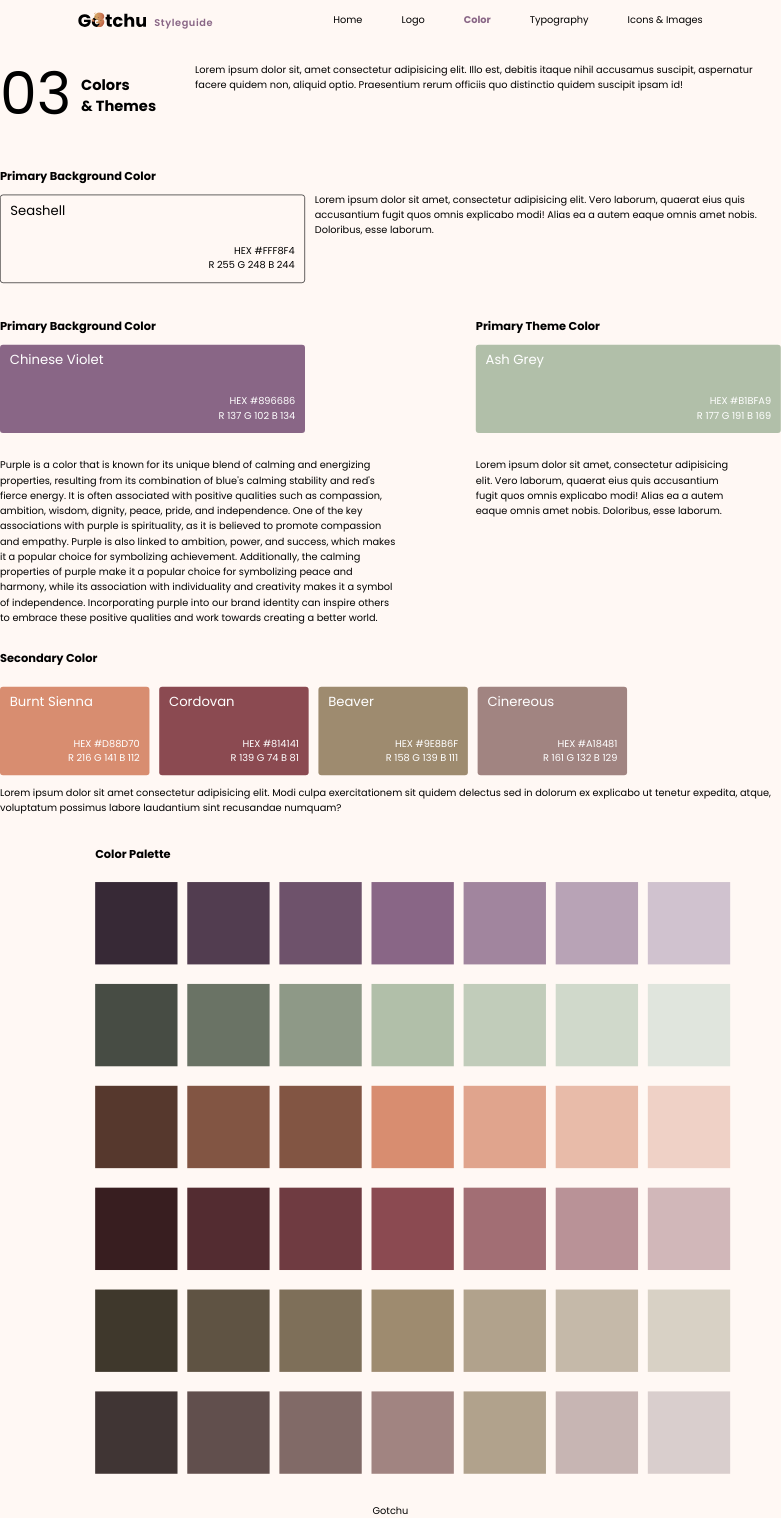
Repository: kionale/Antibullying-Project_Design-Guide
Page: color.html
The author's editor kept a copy of each file at every save. The page is drawn from the files as they stood at one save, then again after the next save.
The browser window is 1280 px wide. The pictures show the whole page, at 61% of full size.

Above is the page before, as saved 2023-03-11 01:20:59.

### color.html
<!DOCTYPE html>
<html lang="en">

<head>
    <meta charset="UTF-8">
    <meta http-equiv="X-UA-Compatible" content="IE=edge">
    <meta name="viewport" content="width=device-width, initial-scale=1.0">
    <title>Color Palette and Typography</title>
    <link rel="stylesheet" href="color.css">
</head>

<body>
    <nav class="navbar">
        <div class="logo_container">
            <img src="/images/logo.svg" class="logo" />
            <div class="app_name">Styleguide</div>
        </div>
        <ul class="nav_links">
            <li><a href="index.html">Home</a></li>
            <li><a href="logo.html">Logo</a></li>
            <li><a href="color.html"><span class="bold">Color</span></a></li>
            <li><a href="typography.html">Typography</a></li>
            <li><a href="icons.html">Icons & Images</a></li>
        </ul>
        <div class="burger">
            <div class="line1"></div>
            <div class="line2"></div>
            <div class="line3"></div>
        </div>
    </nav>
    <main class="body_container">


        <div class="row">

            <p class="element_number">03</p>

            <h2 class="page_title">Colors <br>& Themes</h2>

            <div class="logo_text">
                <p class="section_description">Lorem ipsum dolor sit, amet consectetur adipisicing elit. Illo est,
                    debitis itaque nihil accusamus suscipit,
                    aspernatur facere quidem non, aliquid optio. Praesentium rerum officiis quo distinctio quidem
                    suscipit ipsam id!</p>
            </div>

        </div>

        <div class="colors">
            <div class="row">
                <div class="color_scheme">
                    <h3>Primary Background Color</h3>
                    <div class="color_container color_box1">
                        <div class="color_bgname">Seashell</div>
                        <div class="hex">HEX #FFF8F4</div>
                        <div class="RGB">R 255 G 248 B 244</div>
                    </div>
                </div>
                <div class="color_text">
                    <p>Lorem ipsum dolor sit amet, consectetur adipisicing elit. Vero laborum, quaerat eius quis
                        accusantium fugit
                        quos omnis explicabo modi! Alias ea a autem eaque omnis amet nobis. Doloribus, esse laborum.</p>
                </div>
            </div>
            <div class="row">
                <div class="col">
                    <div class="color_scheme">
                        <h3>Primary Background Color</h3>
                        <div class="color_container color_box2">
                            <div class="color_name">Chinese Violet</div>
                            <div class="hex_w">HEX #896686</div>
                            <div class="RGB_w">R 137 G 102 B 134</div>
                        </div>
                    </div>
                    <div class="color_text primary_half">
                        <p>Purple is a color that is known for its unique blend of calming and energizing properties,
                            resulting from its
                            combination of blue's calming stability and red's fierce energy. It is often associated with
                            positive qualities such as
                            compassion, ambition, wisdom, dignity, peace, pride, and independence. One of the key
                            associations with purple is
                            spirituality, as it is believed to promote compassion and empathy. Purple is also linked to
                            ambition, power, and
                            success, which makes it a popular choice for symbolizing achievement. Additionally, the
                            calming properties of purple
                            make it a popular choice for symbolizing peace and harmony, while its association with
                            individuality and creativity
                            makes it a symbol of independence. Incorporating purple into our brand identity can inspire
                            others to embrace these
                            positive qualities and work towards creating a better world.
                        </p>
                    </div>
                </div>
                <div class="col">
                    <div class="color_scheme">
                        <h3>Primary Theme Color</h3>
                        <div class="color_container color_box3">
                            <div class="color_name">Ash Grey</div>
                            <div class="hex_w">HEX #B1BFA9</div>
                            <div class="RGB_w">R 177 G 191 B 169</div>
                        </div>
                    </div>
                    <div class="color_text primary_half">
                        <p>Lorem ipsum dolor sit amet, consectetur adipisicing elit. Vero laborum, quaerat eius quis
                            accusantium fugit
                            quos omnis explicabo modi! Alias ea a autem eaque omnis amet nobis. Doloribus, esse laborum.
                        </p>
                    </div>
                </div>
            </div>

            <div class="col">
                <h3>Secondary Color</h3>
                <div class="row">
                    <div class="color_scontainer" style="background:rgb(216, 141,112);">
                        <div class="color_name">Burnt Sienna</div>
                        <div class="hex_w">HEX #D88D70</div>
                        <div class="RGB_w">R 216 G 141 B 112</div>
                    </div>
                    <div class="color_scontainer" style="background:rgb(139, 74,81);">
                        <div class="color_name">Cordovan</div>
                        <div class="hex_w">HEX #814141</div>
                        <div class="RGB_w">R 139 G 74 B 81</div>
                    </div>
                    <div class="color_scontainer" style="background:rgb(158, 139,111);">
                        <div class="color_name">Beaver</div>
                        <div class="hex_w">HEX #9E8B6F</div>
                        <div class="RGB_w">R 158 G 139 B 111</div>
                    </div>

                    <div class="color_scontainer" style="background:rgb(161, 132,129);">
                        <div class="color_name">Cinereous</div>
                        <div class="hex_w">HEX #A18481</div>
                        <div class="RGB_w">R 161 G 132 B 129</div>
                    </div>

                </div>
                <p>Lorem ipsum dolor sit amet consectetur adipisicing elit. Modi culpa exercitationem sit quidem
                    delectus sed in dolorum ex explicabo ut tenetur expedita, atque, voluptatum possimus labore
                    laudantium sint recusandae numquam?</p>

            </div>
        </div>

        </div>

        <section class="color_palette">
            <div>
                <h3>Color Palette</h3>
            </div>
            <div class="color_boxes">


                <div class="row">
                    <div class="small-cl-box1" style="background:#372936"></div>
                    <div class="small-cl-box1" style="background:#523D50"></div>
                    <div class="small-cl-box1" style="background:#6E526B"></div>
                    <div class="small-cl-box1" style="background:#896686"></div>
                    <div class="small-cl-box1" style="background:#A1859E"></div>
                    <div class="small-cl-box1" style="background:#B8A3B6"></div>
                    <div class="small-cl-box1" style="background:#D0C2CF"></div>


                </div>
                <div class="row">
                    <div class="small-cl-box1" style="background:#474C44"></div>
                    <div class="small-cl-box1" style="background:#6A7365"></div>
                    <div class="small-cl-box1" style="background:#8E9987"></div>
                    <div class="small-cl-box1" style="background:#B1BFA9"></div>
                    <div class="small-cl-box1" style="background:#C1CCBA"></div>
                    <div class="small-cl-box1" style="background:#D0D9CB"></div>
                    <div class="small-cl-box1" style="background:#E0E5DD"></div>

                </div>
                <div class="row">
                    <div class="small-cl-box1" style="background:#56382D"></div>
                    <div class="small-cl-box1" style="background:#825543"></div>
                    <div class="small-cl-box1" style="background:#825543"></div>
                    <div class="small-cl-box1" style="background:#D88D70"></div>
                    <div class="small-cl-box1" style="background:#E0A48D"></div>
                    <div class="small-cl-box1" style="background:#E8BBA9"></div>
                    <div class="small-cl-box1" style="background:#EFD1C6"></div>
                </div>
                <div class="row">
                    <div class="small-cl-box1" style="background:#381E20"></div>
                    <div class="small-cl-box1" style="background:#532C31"></div>
                    <div class="small-cl-box1" style="background:#6F3B41"></div>
                    <div class="small-cl-box1" style="background:#8B4A51"></div>
                    <div class="small-cl-box1" style="background:#A26E74"></div>
                    <div class="small-cl-box1" style="background:#B99297"></div>
                    <div class="small-cl-box1" style="background:#D1B7B9"></div>
                </div>
                <div class="row">
                    <div class="small-cl-box1" style="background:#3F382C"></div>
                    <div class="small-cl-box1" style="background:#5F5343"></div>
                    <div class="small-cl-box1" style="background:#7E6F59"></div>
                    <div class="small-cl-box1" style="background:#9E8B6F"></div>
                    <div class="small-cl-box1" style="background:#B1A28C"></div>
                    <div class="small-cl-box1" style="background:#C5B9A9"></div>
                    <div class="small-cl-box1" style="background:#D8D1C5"></div>
                </div>
                <div class="row">
                    <div class="small-cl-box1" style="background:#403534"></div>
                    <div class="small-cl-box1" style="background:#614F4D"></div>
                    <div class="small-cl-box1" style="background:#816A67"></div>
                    <div class="small-cl-box1" style="background:#A18481"></div>
                    <div class="small-cl-box1" style="background:#B1A28C"></div>
                    <div class="small-cl-box1" style="background:#C7B5B3"></div>
                    <div class="small-cl-box1" style="background:#D9CECD"></div>
                </div>
            </div>
        </section>


    </main>
</body>
<footer>
    <p class="footer"> Gotchu </p>
</footer>

</html>

### color.css
@import url('https://fonts.googleapis.com/css2?family=Lato:ital,wght@0,100;0,300;0,400;0,700;0,900;1,300&family=Poppins:ital,wght@0,100;0,200;0,300;0,400;0,500;0,600;0,700;1,500&display=swap');

:root {
    --primary-clr: #896686;
    --primary-clr-2: #B1BFA9;
    --font-color: black;
    --background-clr: #FFF8F4;
    --secondary-clr-1: #D88D70;
    --secondary-clr-2: #8B4A51;

}

* {
    margin: 0px;
    padding: 0px;
    box-sizing: border-box;
    /* border: 1px black solid; */
}

body {

    /* font-family: 'lato',sans-serif; */
    font-family: 'Poppins', sans-serif;
    background-color: var(--background-clr);

}

/* NavBar (Formatted) */

.navbar {
    /* background-color: var(--secondary-clr); */
    display: flex;
    justify-content: space-between;
    align-items: center;
    min-height: 9vh;
    color: var(--font-color);
    /* position: sticky; */
    top: 0;
    padding: 0 8rem;
}

.logo_container {
    display: flex;
    flex-direction: row;
    align-items: center;
    gap: 0.8rem;
}

.logo {
    width: 7rem;
    object-fit: contain;
}


.logo:hover {
    transform: scale(1.05);
}

.app_name {
    letter-spacing: 1px;
    font-size: 1rem;
    font-weight: 600;
    color: #896686;
    margin-top: 0.5rem;
}

.app_name:hover {
    color: var(--secondary-clr);
}

.bold {
    font-weight: bold;
    color: var(--primary-clr);
}

.nav_links {
    display: flex;
    flex-direction: row;
    justify-content: flex-end;
    gap: 4rem;
    width: 40vw;
    flex-grow: 1;
}

.nav_links li {
    list-style: none;
}

.nav_links a {
    color: inherit;
    text-decoration: none;
    font-weight: 400;
}

.nav_links li:hover {
    transform: translateX(-5%);
}

.burger {
    display: none;
    cursor: pointer;
}

.burger div {
    width: 1.5rem;
    height: 0.15rem;
    background-color: black;
    margin: 0.35rem;

}

/* NavBar (End) */


.section_description {
    width: 100%;
    padding-left: 3rem;
    padding-top: 1.35rem;
}

.element_number {
    font-size: 6rem;
}

.page_title {
    margin-top: 2.5rem;
    white-space: nowrap;
}

.colors {
    display: flex;
    flex-direction: column;
    /* justify-content: center; */
    margin-top: 2rem;
    gap: 1.5rem;
}

.color_box1 {
    background-color: var(--background-clr);
    border: 1px solid black;

}

.color_box2 {
    background-color: var(--primary-clr);
}

.color_box3 {
    background-color: var(--primary-clr-2);
}

.primary_half {
    width: 85%;
}

.color_scheme h3 {
    align-items: flex-start;
}

.color_container {
    width: 500px;
    height: 145px;

    margin-top: 1rem;
    border-radius: 5px;
    position: relative;
}

.color_scontainer {
    width: 245px;
    height: 145px;

    margin-top: 1rem;
    border-radius: 5px;
    position: relative;
}

.color_bgname {
    position: absolute;
    top: 0.5rem;
    left: 1rem;
    font-size: 1.35rem;
    color: black;

}

.color_name {
    position: absolute;
    top: 0.5rem;
    left: 1rem;
    font-size: 1.35rem;
    color: white;
}


.hex {
    position: absolute;
    bottom: 2.5rem;
    right: 1rem;
}

.hex_w {
    color: white;
    position: absolute;
    bottom: 2.5rem;
    right: 1rem;
}

.RGB {
    position: absolute;
    bottom: 1rem;
    right: 1rem;
}

.RGB_w {
    color: white;
    position: absolute;
    bottom: 1rem;
    right: 1rem;
}

.underline {
    text-decoration: underline;

}

.color_text {
    padding-top: 2.5rem;
}

.color_palette {
    display: flex;
    flex-direction: column;
    gap: 1rem;
    margin-top: 3rem;
    width: 100vw;
    padding-left: 9.75rem;

}


.row {
    display: flex;
    gap: 1rem;
    margin-top: 1rem;
    margin-bottom: 1rem;

}

.color_boxes {
    display: flex;
    flex-direction: column;
}

.small-cl-box1 {
    width: 135px;
    aspect-ratio: 1/1;


}

.small-cl-box2 {
    width: 4rem;
    aspect-ratio: 1/1;
    background-color: lightpink;

}

.small-cl-box3 {
    width: 4rem;
    aspect-ratio: 1/1;
    background-color: plum;

}

.dividing_line {
    width: 30%;
    height: 4px;
    background-color: black;
}

.col {
    display: flex;
    flex-direction: column;
}

.footer {
    margin-top: 2rem;
    text-align: center;
}

After the next save:
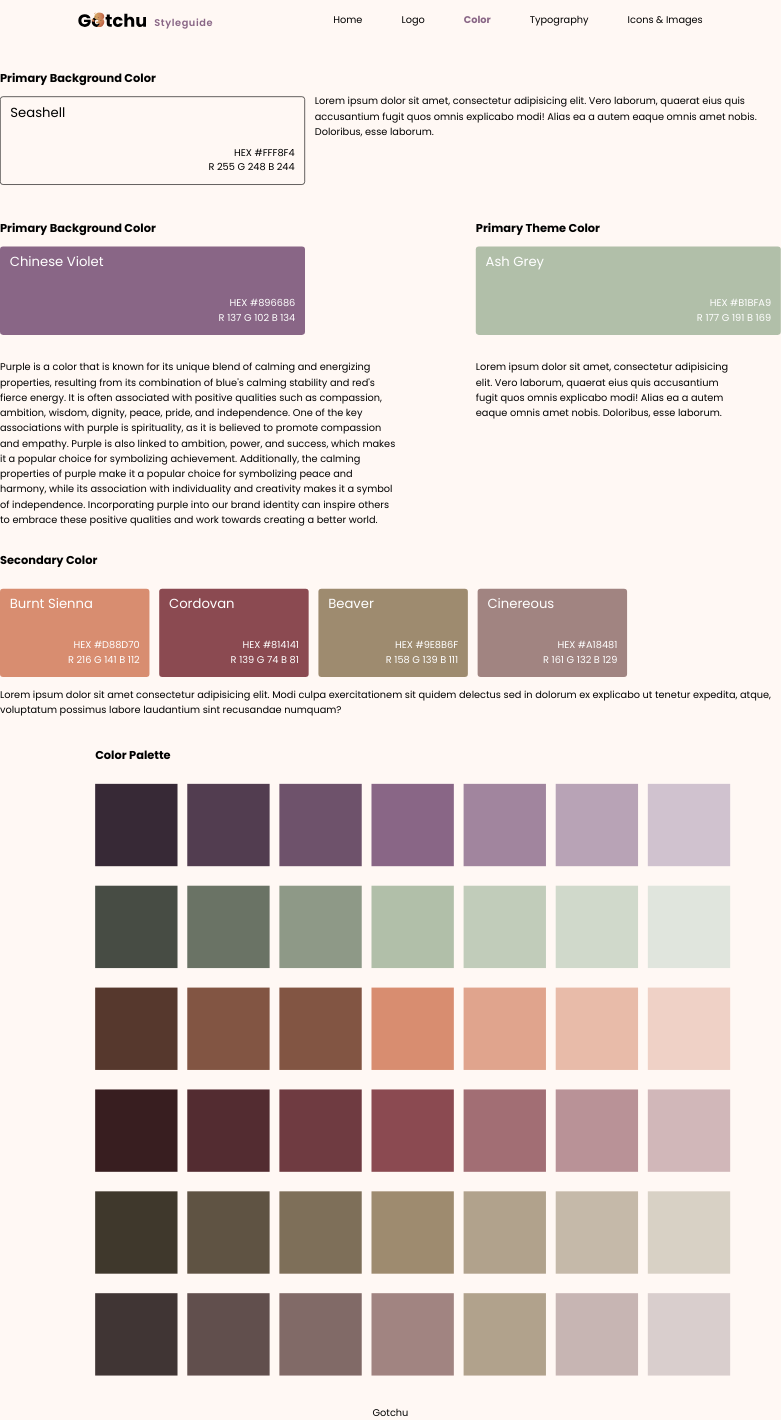
Saved 30 s later.
--- a/color.html
+++ b/color.html
@@ -30,21 +30,6 @@
     </nav>
     <main class="body_container">
 
-
-        <div class="row">
-
-            <p class="element_number">03</p>
-
-            <h2 class="page_title">Colors <br>& Themes</h2>
-
-            <div class="logo_text">
-                <p class="section_description">Lorem ipsum dolor sit, amet consectetur adipisicing elit. Illo est,
-                    debitis itaque nihil accusamus suscipit,
-                    aspernatur facere quidem non, aliquid optio. Praesentium rerum officiis quo distinctio quidem
-                    suscipit ipsam id!</p>
-            </div>
-
-        </div>
 
         <div class="colors">
             <div class="row">
